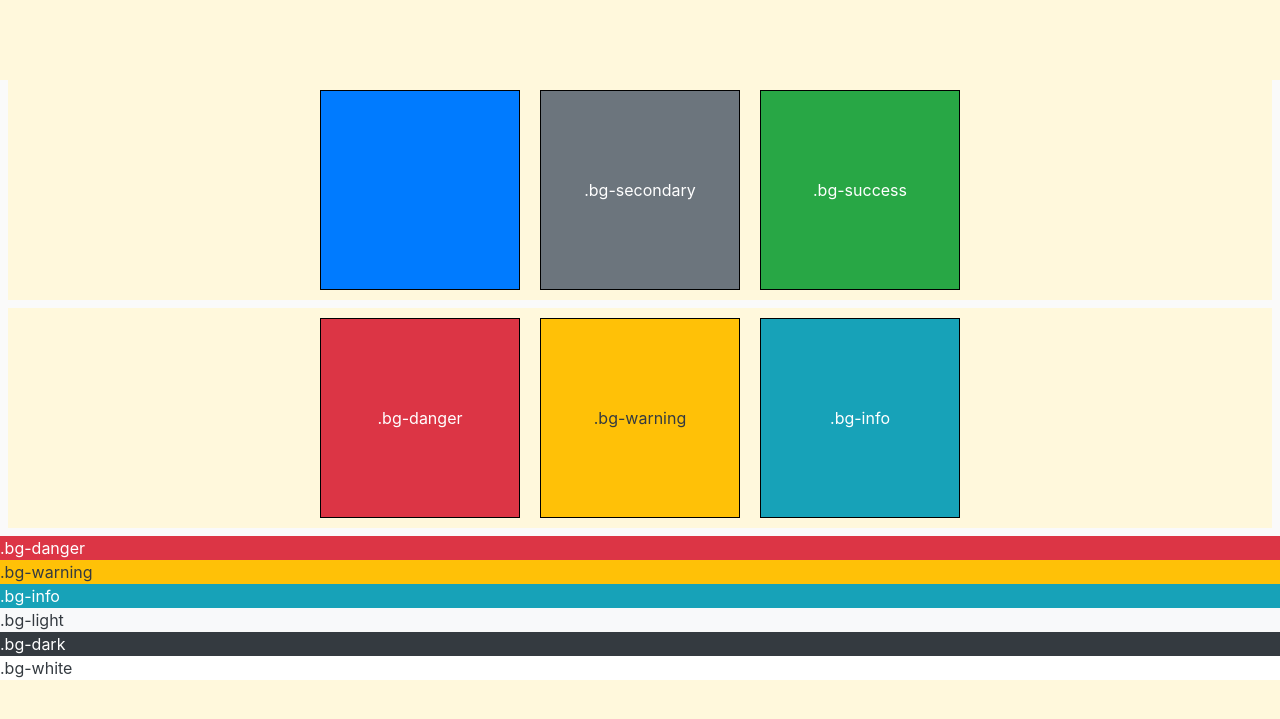
Repository: khanhdk0000/first_proj
Page: http://localhost/about?my_var=ecommerce
The author's editor kept a copy of each file at every save. The page is drawn from the files as they stood at one save, then again after the next save.
The browser window is 1280 px wide. The pictures show the whole page.
Some web libraries are served in a nearby version. The page is served by the project's application, run on Flask 3 (flaskblog.py).

Above is the page before, as saved 2021-05-25 12:24:08.

After the next save:
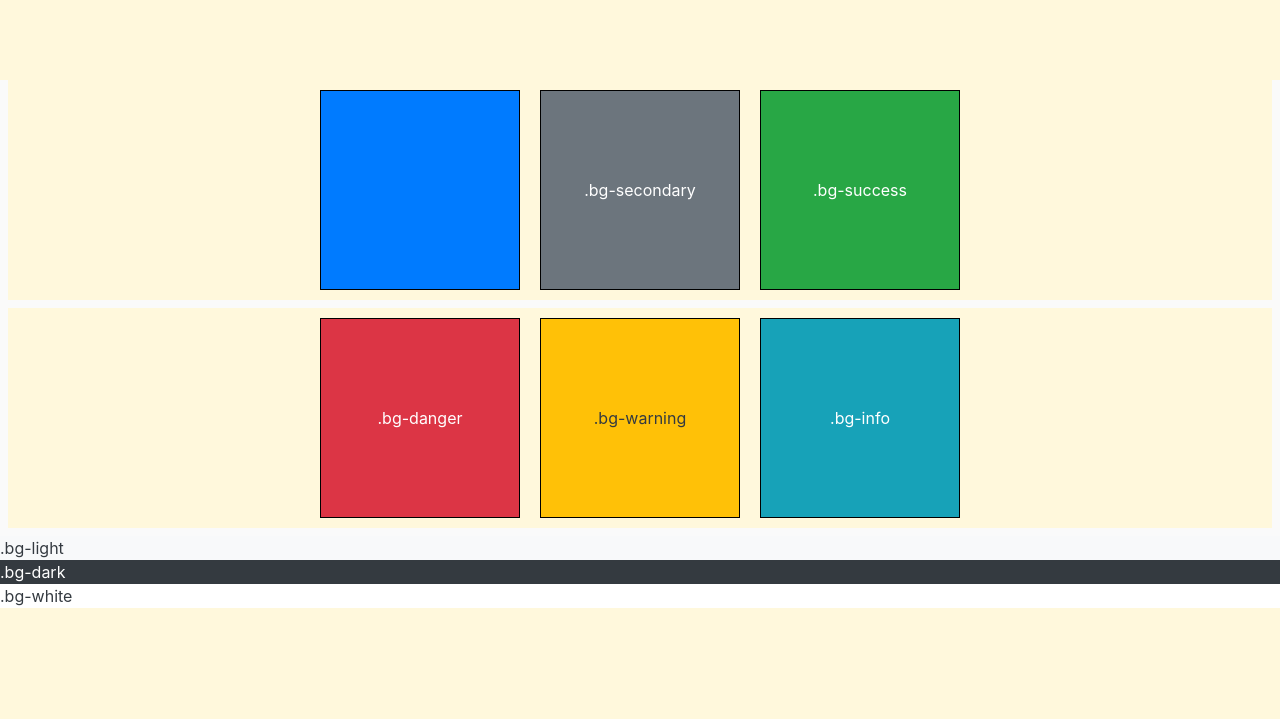
Saved 10 s later.
--- a/templates/about.html
+++ b/templates/about.html
@@ -33,9 +33,7 @@
     <div class="bg-warning text-dark">.bg-warning</div>
     <div class="bg-info text-white">.bg-info</div>
 </div>
-    <div class="bg-danger text-white">.bg-danger</div>
-    <div class="bg-warning text-dark">.bg-warning</div>
-    <div class="bg-info text-white">.bg-info</div>
+
     <div class="bg-light text-dark">.bg-light</div>
     <div class="bg-dark text-white">.bg-dark</div>
     <div class="bg-white text-dark">.bg-white</div>
